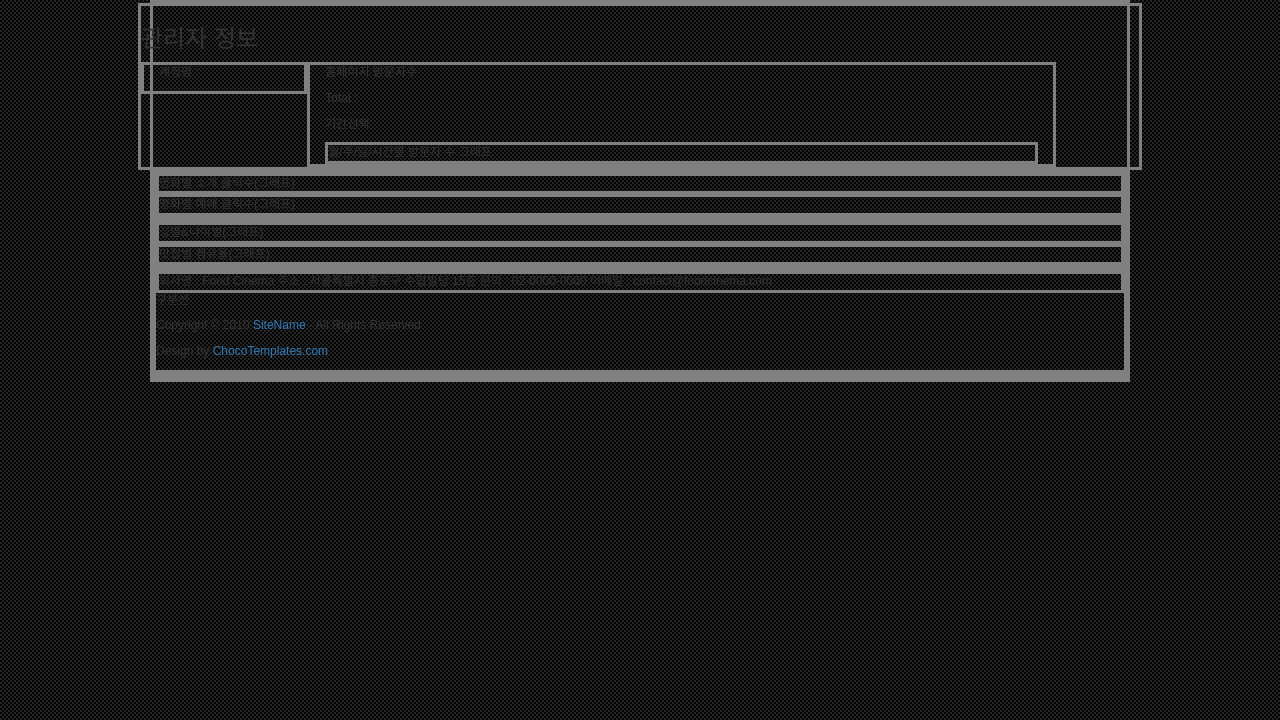
Repository: fhwang2/WEB
Page: http://localhost/FoodCinema/admin.jsp
The author's editor kept a copy of each file at every save. The page is drawn from the files as they stood at one save, then again after the next save.
The browser window is 1280 px wide. The pictures show the whole page.
The page is served by Tomcat 9.

Above is the page before, as saved 2019-07-11 09:45:34.

### FoodCinema/WebContent/admin.jsp
<%@ page language="java" contentType="text/html; charset=UTF-8"
	pageEncoding="UTF-8"%>
<!DOCTYPE html>
<head>
<title>Food Cinema</title>
<meta http-equiv="Content-Type" content="text/html; charset=utf-8" />

<!-- css/style.css = grid -->
<link rel="stylesheet" href="https://maxcdn.bootstrapcdn.com/bootstrap/3.4.0/css/bootstrap.min.css">

<script src="https://ajax.googleapis.com/ajax/libs/jquery/3.4.1/jquery.min.js"></script>
<script	src="https://maxcdn.bootstrapcdn.com/bootstrap/3.4.0/js/bootstrap.min.js"></script>
<script type="text/javascript" src="js/jquery-1.4.2.min.js"></script>
<script type="text/javascript" src="js/jquery-func.js"></script>

<style>
* {
	margin:0;
	padding:0;
	outline:0;
}

body {
	font-size:12px;
	line-height:1.3;
	font-family:Arial, Helvetica, Sans-Serif;
	font-color: red;
	background:url('imags/body-bg.gif');
}

div {
	border-style: solid;
	border-color: gray;
}

#shell {
	width:980px;
	margin:0 auto;
}

#admin_total {
	width: 950ps;
	hegiht: 50px;
}

</style>

</head>
<body>
	<div id="shell">
		<!-- <div id="header">
			<h1 id="logo">
				<a href="#">FoodCinema</a>
			</h1>
		</div> -->
		<div id="admin_total" class="row">
			<h3>관리자 정보</h3>
			<div id="admin_info" class="col-sm-2">

				<p class="">
					계정명 :
					<%

				%>
				</p>
			</div>
			<div id="totalCnt" class="col-sm-9">
				<p>홈페이지 방문자수</p>
				<p>
					Total :
					<%

				%>
				</p>
				<p>기간선택</p>
				<div id="visitor">월/주/일/시간별 방문자 수 그래프</div>
			</div>
		</div>
		<div id="movie_stat">
			<div id="movie_info_count">영화별 소개 클릭수(그래프)</div>
			<div id="movie_ing_count">영화별 예매 클릭수(그래프)</div>
		</div>
		<div id="matzip_stat">
			<div id="matzip_sex+age">성별&나이별(그래프)</div>
			<div id="matzip_share">맛집별 점유율(그래프)</div>
		</div>
		<div id="footer">
			<div id="companyInfo">
				회사명 : Food Cinema
				주소 : 서울특별시 종로구 수협빌딩 15층
				문의 : 02-0000-0000
				이메일 : contact@foodcinema.com
			</div>
			<p>구분선</p>
			<p class="lf">
				Copyright &copy; 2010 <a href="#">SiteName</a> - All Rights Reserved
			</p>
			<p class="rf">
				Design by <a href="http://chocotemplates.com/">ChocoTemplates.com</a>
			</p>
			<div style="clear: both;"></div>
		</div>
	</div>
</body>
</html>

Loaded but not shown: FoodCinema/WebContent/js/jquery-1.4.2.min.js (library); FoodCinema/WebContent/js/jquery-func.js (common file)

After the next save:
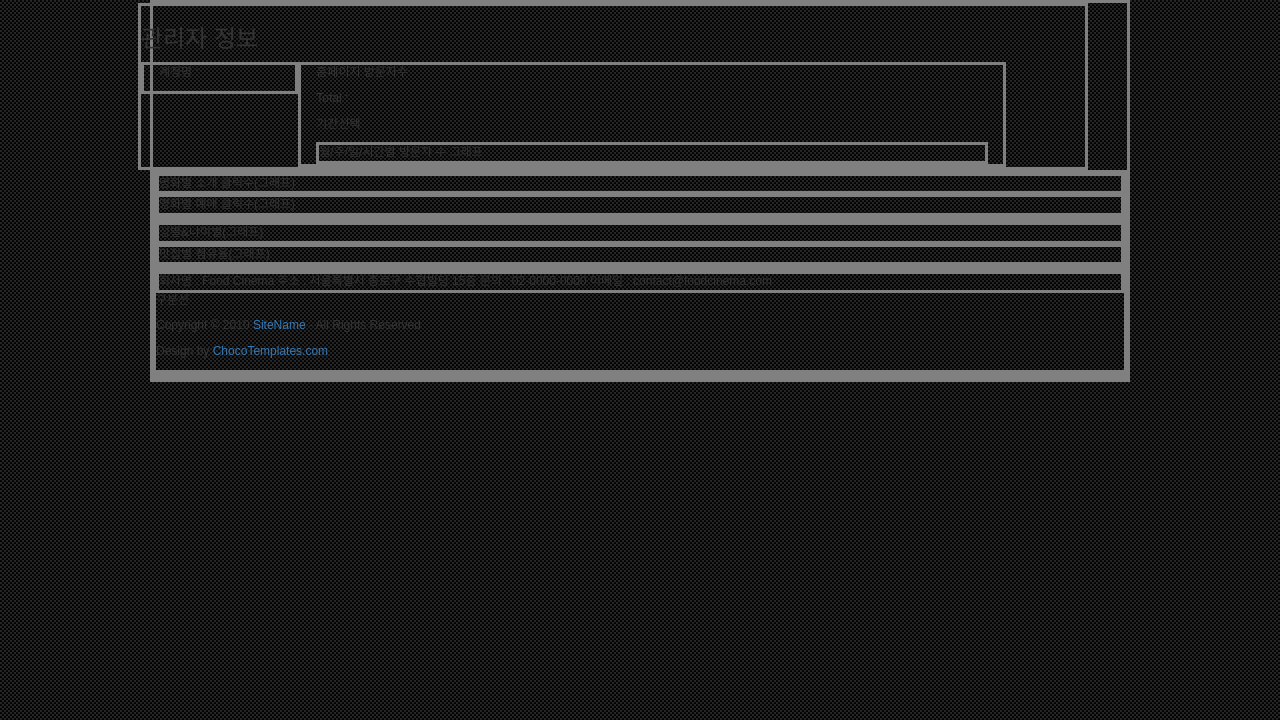
Saved 2 s later.
--- a/FoodCinema/WebContent/admin.jsp
+++ b/FoodCinema/WebContent/admin.jsp
@@ -39,7 +39,7 @@ div {
 }
 
 #admin_total {
-	width: 950ps;
+	width: 950px;
 	hegiht: 50px;
 }
 
